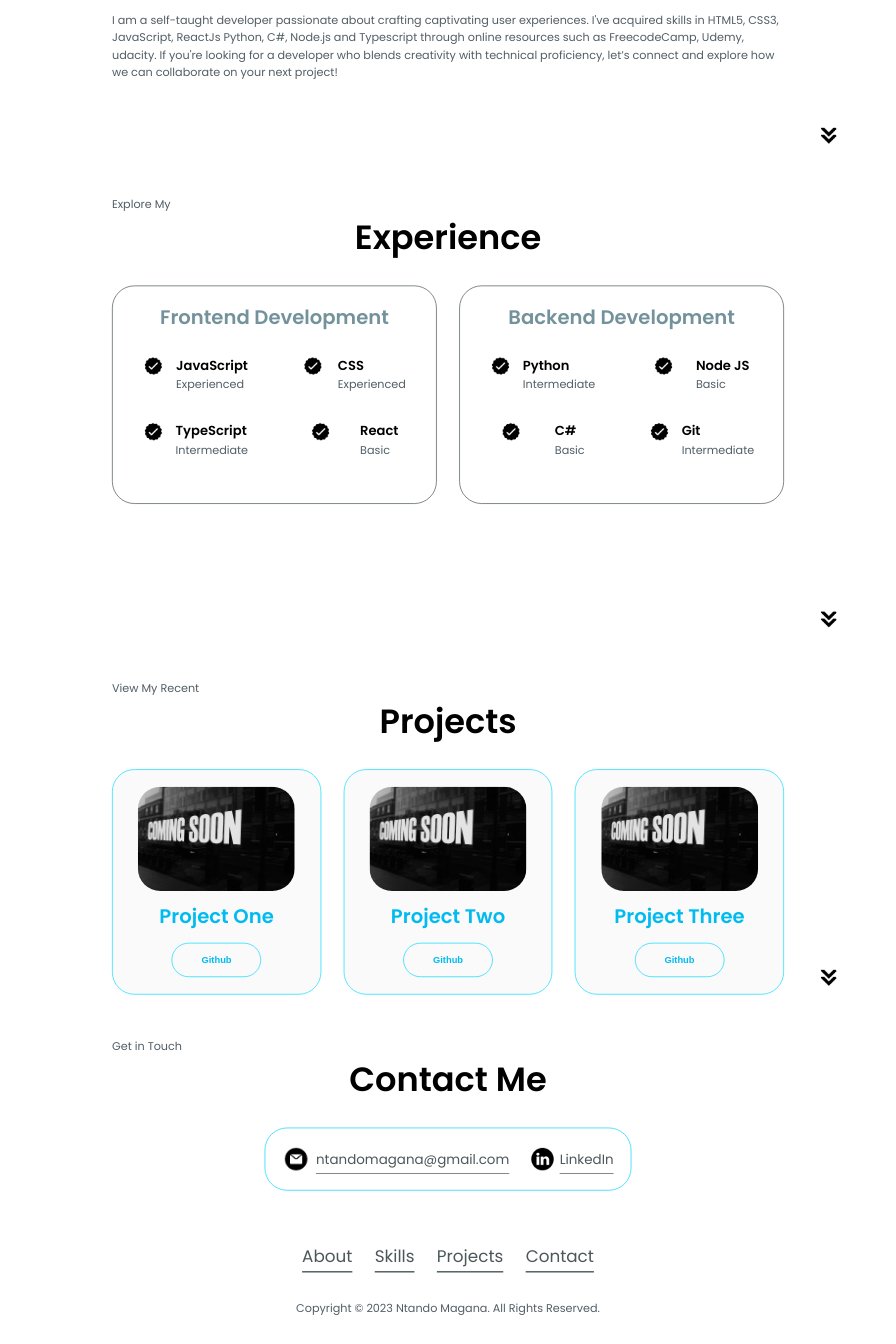
Repository: ntandomagana/FS-Dev-Portfolio
Page: index.html
An editor plug-in stored every save of this project. The page is shown before and after the next save, followed by the edit.
The browser window is 1280 px wide. The pictures show the part of the page from y = 1257 to 3177 px (the page is 3177 px tall), at 70% of full size.

Above is the page before, as saved 2024-05-06 15:19:50.

### index.html
<!DOCTYPE html>
<html lang="en">
  <head>
    <meta charset="UTF-8" />
    <meta http-equiv="X-UA-Compatible" content="IE=edge" />
    <meta name="viewport" content="width=device-width, initial-scale=1.0" />
    <title>My Portfolio</title>
    <link rel="stylesheet" href="style.css" />
    <link rel="stylesheet" href="mediaqueries.css" />
  </head>
  <body>
    <nav id="desktop-nav">
      <div class="logo">Berry Codes</div>
      <div>
        <ul class="nav-links">
          <li><a href="#about">About</a></li>
          <li><a href="#experience">Skills</a></li>
          <li><a href="#projects">Projects</a></li>
          <li><a href="#contact">Contact</a></li>
        </ul>
      </div>
    </nav>
    <nav id="hamburger-nav">
      <div class="logo">Coding Berry</div>
      <div class="hamburger-menu">
        <div class="hamburger-icon" onclick="toggleMenu()">
          <span></span>
          <span></span>
          <span></span>
        </div>
        <div class="menu-links">
          <li><a href="#about" onclick="toggleMenu()">About</a></li>
          <li><a href="#experience" onclick="toggleMenu()">Skills</a></li>
          <li><a href="#projects" onclick="toggleMenu()">Projects</a></li>
          <li><a href="#contact" onclick="toggleMenu()">Contact</a></li>
        </div>
      </div>
    </nav>
    <section id="profile">
      <div class="section-pic-container">
        <img src="./assets/bwpp.jpg" alt="profile picture" />
      </div>
      <div class="section-text">
        <p class="section-text-p1">Hello there, I am</p>

        <h1 class="title"><span id="typed-text"></span></h1>

        <p class="section-text-p2">Frontend Developer</p>
        <div class="btn-container">
          <button
            class="btn btn-color-2"
            onclick="window.open('./assets/NP Magana - Frontend CV.pdf')"
          >
            Download CV
          </button>
          <button class="btn btn-color-1" onclick="location.href='./#contact'">
            Contact Info
          </button>
        </div>
        <div id="socials-container">
          <img
            src="./assets/linkedin.png"
            alt="My LinkedIn profile"
            class="icon"
            onclick="location.href='https://www.linkedin.com/in/ntandoyenkosi-magana-/'"
          />
          <!--

          <img
            src="./assets/icons8-twitterx-50.png"
            alt="My Twitter profile"
            class="icon"
            onclick="location.href='https://twitter.com/'"
          /> -->
          <img
            src="./assets/github.png"
            alt="My Github profile"
            class="icon"
            onclick="location.href='https://github.com/ntandomagana'"
          />
        </div>
      </div>
    </section>
    <section id="about">
      <p class="section__text__p1">Get To Know More</p>
      <h1 class="title">About Me</h1>
      <div class="section-container">
        <div class="about-details-container">
          <div class="about-containers">
            <div class="details-container">
              <img
                src="./assets/experience.png"
                alt="Experience icon"
                class="icon"
              />
              <h3>Experience</h3>
              <p>6 months <br />Frontend Development</p>
            </div>
            <div class="details-container">
              <img
                src="./assets/education.png"
                alt="Education icon"
                class="icon"
              />
              <h3>Education</h3>
              <p>BA(Hons) Public Management <br />University of Johannesburg</p>
            </div>
          </div>
          <div class="text-container">
            <p>
              I am a self-taught developer passionate about crafting captivating
              user experiences. I've acquired skills in HTML5, CSS3, JavaScript,
              ReactJs Python, C#, Node.js and Typescript through online
              resources such as FreecodeCamp, Udemy, udacity. If you're looking
              for a developer who blends creativity with technical proficiency,
              let’s connect and explore how we can collaborate on your next
              project!
            </p>
          </div>
        </div>
      </div>
      <img
        src="./assets/arrow.png"
        alt="Arrow icon"
        class="icon arrow"
        onclick="location.href='./#experience'"
      />
    </section>
    <section id="experience">
      <p class="section__text__p1">Explore My</p>
      <h1 class="title">Experience</h1>
      <div class="experience-details-container">
        <div class="about-containers">
          <div class="details-container">
            <h2 class="experience-sub-title">Frontend Development</h2>
            <div class="article-container">
              <article>
                <img
                  src="./assets/checkmark.png"
                  alt="Experience icon"
                  class="icon"
                />
                <div>
                  <h3>JavaScript</h3>
                  <p>Experienced</p>
                </div>
              </article>
              <article>
                <img
                  src="./assets/checkmark.png"
                  alt="Experience icon"
                  class="icon"
                />
                <div>
                  <h3>CSS</h3>
                  <p>Experienced</p>
                </div>
              </article>
              <article>
                <img
                  src="./assets/checkmark.png"
                  alt="Experience icon"
                  class="icon"
                />
                <div>
                  <h3>TypeScript</h3>
                  <p>Intermediate</p>
                </div>
              </article>
              <article>
                <img
                  src="./assets/checkmark.png"
                  alt="Experience icon"
                  class="icon"
                />
                <div>
                  <h3>React</h3>
                  <p>Basic</p>
                </div>
              </article>
              <article></article>
            </div>
          </div>
          <div class="details-container">
            <h2 class="experience-sub-title">Backend Development</h2>
            <div class="article-container">
              <article>
                <img
                  src="./assets/checkmark.png"
                  alt="Experience icon"
                  class="icon"
                />
                <div>
                  <h3>Python</h3>
                  <p>Intermediate</p>
                </div>
              </article>
              <article>
                <img
                  src="./assets/checkmark.png"
                  alt="Experience icon"
                  class="icon"
                />
                <div>
                  <h3>Node JS</h3>
                  <p>Basic</p>
                </div>
              </article>
              <article>
                <img
                  src="./assets/checkmark.png"
                  alt="Experience icon"
                  class="icon"
                />
                <div>
                  <h3>C#</h3>
                  <p>Basic</p>
                </div>
              </article>
              <article>
                <img
                  src="./assets/checkmark.png"
                  alt="Experience icon"
                  class="icon"
                />
                <div>
                  <h3>Git</h3>
                  <p>Intermediate</p>
                </div>
              </article>
            </div>
          </div>
        </div>
      </div>
      <img
        src="./assets/arrow.png"
        alt="Arrow icon"
        class="icon arrow"
        onclick="location.href='./#projects'"
      />
    </section>
    <section id="projects">
      <p class="section__text__p1">View My Recent</p>
      <h1 class="title">Projects</h1>
      <div class="experience-details-container">
        <div class="about-containers">
          <div class="details-container color-container">
            <div class="article-container">
              <img
                src="./assets/coming soon.jpg"
                alt="Project 1"
                class="project-img"
              />
            </div>
            <h2 class="experience-sub-title project-title">Project One</h2>
            <div class="btn-container">
              <button
                class="btn btn-color-2 project-btn"
                onclick="location.href='https://github.com/'"
              >
                Github
              </button>
            </div>
          </div>
          <div class="details-container color-container">
            <div class="article-container">
              <img
                src="./assets/coming soon.jpg"
                alt="Project 2"
                class="project-img"
              />
            </div>
            <h2 class="experience-sub-title project-title">Project Two</h2>
            <div class="btn-container">
              <button
                class="btn btn-color-2 project-btn"
                onclick="location.href='https://github.com/'"
              >
                Github
              </button>
            </div>
          </div>
          <div class="details-container color-container">
            <div class="article-container">
              <img
                src="./assets/coming soon.jpg"
                alt="Project 3"
                class="project-img"
              />
            </div>
            <h2 class="experience-sub-title project-title">Project Three</h2>
            <div class="btn-container">
              <button
                class="btn btn-color-2 project-btn"
                onclick="location.href='https://github.com/'"
              >
                Github
              </button>
            </div>
          </div>
        </div>
      </div>
      <img
        src="./assets/arrow.png"
        alt="Arrow icon"
        class="icon arrow"
        onclick="location.href='./#contact'"
      />
    </section>
    <section id="contact">
      <p class="section__text__p1">Get in Touch</p>
      <h1 class="title">Contact Me</h1>
      <div class="contact-info-upper-container">
        <div class="contact-info-container">
          <img
            src="./assets/email.png"
            alt="Email icon"
            class="icon contact-icon email-icon"
          />
          <p>
            <a href="mailto:ntandomagana@gmail.com">ntandomagana@gmail.com</a>
          </p>
        </div>
        <div class="contact-info-container">
          <img
            src="./assets/linkedin.png"
            alt="LinkedIn icon"
            class="icon contact-icon"
          />
          <p><a href="https://www.linkedin.com">LinkedIn</a></p>
        </div>
      </div>
    </section>
    <footer>
      <nav>
        <div class="nav-links-container">
          <ul class="nav-links">
            <li><a href="#about">About</a></li>
            <li><a href="#experience">Skills</a></li>
            <li><a href="#projects">Projects</a></li>
            <li><a href="#contact">Contact</a></li>
          </ul>
        </div>
      </nav>
      <p>Copyright &#169; 2023 Ntando Magana. All Rights Reserved.</p>
    </footer>
    <script src="script.js"></script>
  </body>
</html>

### style.css
@import url("https://fonts.googleapis.com/css2?family=Poppins:wght@300;400;500;600&display=swap");

* {
  margin: 0;
  padding: 0;
}

body {
  font-family: "Poppins", sans-serif;
}

html {
  scroll-behavior: smooth;
}

p {
  color: #515d65;
}

section {
  margin-bottom: 2px;
}

a,
.btn {
  transition: all 300ms ease;
}

nav,
.nav-links {
  display: flex;
}

nav {
  justify-content: space-around;
  align-items: center;
  height: 17vh;
}

.nav-links {
  gap: 2rem;
  list-style-type: none;
  font-size: 1.5rem;
}

a {
  color: rgb(76, 87, 90);
  text-decoration: underline;
  text-underline-offset: 0.8rem;
  text-decoration-color: rgb(76, 87, 90);
}

.logo {
  font-size: 2rem;
}

.logo:hover {
  cursor: default;
}

#hamburger-nav {
  display: none;
}

.hamburger-menu {
  position: relative;
  display: inline-block;
}

.hamburger-icon {
  display: flex;
  flex-direction: column;
  justify-content: space-between;
  height: 24px;
  width: 30px;
  cursor: pointer;
}



.hamburger-icon span {
  width: 100%;
  height: 2px;
  background-color: rgb(76, 87, 90);
  transition: all 0.3 ease-in-out;
}

.menu-links {
  position: absolute;
  top: 100%;
  right: 0;
  background-color: white;
  width: fit-content;
  max-height: 0;
  overflow: hidden;
  transition: all 0.3 ease-in-out;
}

.menu-links a {
  display: block;
  padding: 10px;
  text-align: center;
  font-size: 1.5rem;
  color: rgb(76, 87, 90);
  text-decoration: none;
  transition: all 0.3 ease-in-out;
}

.menu-links li {
  list-style-type: none;
}

.menu-links.open {
  max-height: 300px;
}

.hamburger-icon.open span:first-child {
  transform: rotate(45deg) translate(10px, 5px);
}

.hamburger-icon.open span:nth-child(2) {
  opacity: 0;
}

.hamburger-icon.open span:last-child {
  transform: rotate(-45deg) translate(10px, -5px);
}

.hamburger-icon span:first-child {
  transform: none;
}

.hamburger-icon span:first-child {
  opacity: 1;
}

.hamburger-icon span:first-child {
  transform: none;
}

section {
  padding-top: 4vh;
  height: 96vh;
  margin: 0 10rem;
  box-sizing: border-box;
  min-height: fit-content;
}

.section-container {
  display: flex;
}

#profile {
  display: flex;
  justify-content: center;
  gap: 5rem;
  height: 80vh;
}

.section-pic-container {
  display: flex;
  height: 400px;
  width: 400px;
  margin: auto 0;
}

.section-text {
  align-self: center;
  text-align: center;
}

.section-text p {
  font-weight: 600;
}

.section-text-p1 {
  text-align: center;
}

.section-text-p2 {
  font-size: 1.75rem;
  margin-bottom: 1rem;
}

.title {
  font-size: 3rem;
  text-align: center;
}

#socials-container {
  display: flex;
  justify-content: center;
  margin-top: 1rem;
  gap: 1rem;
}

.icon {
  cursor: pointer;
  height: 2rem;
}

/* BUTTONS */

.btn-container {
  display: flex;
  justify-content: center;
  gap: 1rem;
}

.btn {
  font-weight: 600;
  transition: all 300ms ease;
  padding: 1rem;
  width: 8rem;
  border-radius: 2rem;
}

.btn-color-1,
.btn-color-2 {
  border:rgb(76, 87, 90) 0.1rem solid;
}

.btn-color-1:hover,
.btn-color-2:hover {
  cursor: pointer;
}

.btn-color-1,
.btn-color-2:hover {
  background: rgb(76, 87, 90);
  color: white;
}

.btn-color-1:hover {
  background: rgb(76, 87, 90);
}

.btn-color-2 {
  background: none;
}

.btn-color-2:hover {
  border: rgb(76, 87, 90) 0.2rem solid;
}

.btn-container {
  gap: 1rem;
}

/* ABOUT SECTION */

#about {
  position: relative;
}

.about-containers {
  gap: 2rem;
  margin-bottom: 2rem;
  margin-top: 2rem;
}

.about-details-container {
  justify-content: center;
  flex-direction: column;
}

.about-containers,
.about-details-container {
  display: flex;
}

.arrow {
  position: absolute;
  right: -5rem;
  bottom: 2.5rem;
}

.details-container {
  padding: 1.5rem;
  flex: 1;
  background: white;
  border-radius: 2rem;
  border: rgb(76, 87, 90) 0.1rem solid;
  border-color: rgb(76, 87, 90);
  text-align: center;
}

.section-container {
  gap: 4rem;
  height: 80%;
}

.section__pic-container {
  height: 400px;
  width: 400px;
  margin: auto 0;
}

/* EXPERIENCE SECTION */

#experience {
  position: relative;
}

.experience-sub-title {
  color: rgb(115, 146, 155);
  font-weight: 600;
  font-size: 1.75rem;
  margin-bottom: 2rem;
}

.experience-details-container {
  display: flex;
  justify-content: center;
  flex-direction: column;
}

.article-container {
  display: flex;
  text-align: initial;
  flex-wrap: wrap;
  flex-direction: row;
  gap: 2.5rem;
  justify-content: space-around;
}

article {
  display: flex;
  width: 10rem;
  justify-content: space-around;
  gap: 0.5rem;
}

article .icon {
  cursor: default;
}

/* PROJECTS SECTION */

#projects {
  position: relative;
}

.color-container {
  border-color: rgb(21, 220, 255);
  background: rgb(250, 250, 250);
}

.project-img {
  border-radius: 2rem;
  width: 90%;
  height: 90%;
}

.project-title {
  margin: 1rem;
  color: #00bbf0;
}

.project-btn {
  color: #00bbf0;
  border-color: rgb(18, 217, 252);
}

/* CONTACT */

#contact {
  display: flex;
  justify-content: center;
  flex-direction: column;
  height: 70vh;
}

.contact-info-upper-container {
  display: flex;
  justify-content: center;
  border-radius: 2rem;
  border: rgb(16, 220, 242) 0.1rem solid;
  border-color: rgb(19, 211, 250);
  background: (250, 250, 250);
  margin: 2rem auto;
  padding: 0.5rem;
}

.contact-info-container {
  display: flex;
  align-items: center;
  justify-content: center;
  gap: 0.5rem;
  margin: 1rem;
}

.contact-info-container p {
  font-size: larger;
}

.contact-icon {
  cursor: default;
}

.email-icon {
  height: 2.5rem;
}

footer {
  height: 26vh;
  margin: 0 1rem;
}

footer p {
  text-align: center;
}

/* Add this CSS to your existing style.css or create a new style tag in the head of your HTML */

/* Bold, underline, and bubble effect for the logo */
.logo {
  font-weight: bold;
  text-decoration: wavy;
  display: inline-block;
  position: relative;
  border: 8px solid #1ea5ff; /* Adjust the border thickness and color as needed */
  padding: 6px; /* Adjust the padding as needed */
}

.logo::after {
  content: "";
  position: absolute;
  width: 100%;
  height: 0;
  bottom: 0;
  left: 0;
  opacity: 0;
  border-bottom: 2px solid #fff;
  animation: bubble 0.5s infinite ease-in-out;
}

@keyframes bubble {
  0% {
    height: 0;
    opacity: 0;
  }
  50% {
    height: 100%;
    opacity: 1;
  }
  100% {
    height: 0;
    opacity: 0;
  }
}

### mediaqueries.css
@media screen and (max-width: 1400px) {
    #profile {
        height: 83vh;
        margin-bottom: 6rem;
    }

    .about-containers {
        flex-wrap: wrap;
    }

    #contact,
    #projects {
        height: fit-content;
    }
}

@media screen and (max-width: 1200px) {
    #desktop-nav {
        display: none;
    }

    #hamburger-nav {
        display: flex;
    }

    #experience,
    .experience-details-container {
        margin-top: 2rem;

    }

    #profile,
    .section-container {
        display: block;
    }

    .arrow {
        display: none;
    }

    section,
    .section-container {
        height: fit-content;
    }

    section {
        margin: 0.5%;
    }

    .section-pic-container {
        width: 27spx;
        height: 275px;
        margin: 0 auto 2rem;
    }

    .about-containers {
        margin-top: 0;
    }
}

@media screen and (max-width:600px) {
    #contact,
    footer {
        height: 40vh;
    }

    #profile {
        height: 38vh;
        margin-bottom: 0;
    }

    article {
        font-size: 1rem;
    }

    footer nav {
        height: fit-content;
        margin-bottom: 2rem;
    }
    .about-containers,
    .contact-info-upper-container,
    .btn-container {
    flex-wrap: wrap;
  }

  .contact-info-container {
    margin: 0;
  }

  .contact-info-container p,
  .nav-links li a {
    font-size: 1rem;
  }

  .experience-sub-title {
    font-size: 1.25rem;
  }
  .logo {
    font-size: 1.5rem;
  }
  .nav-links {
    flex-direction: column;
    gap: 0.5rem;
    text-align: center;
  }
  .section__pic-container {
    width: auto;
    height: 46vw;
    justify-content: center;
  }
  .section__text__p2 {
    font-size: 1.25rem;
  }
  .title {
    font-size: 2rem;
  }
  .text-container {
    text-align: justify;
  }
}
}

### script.js
function toggleMenu() {
  const menu = document.querySelector(".menu-links");
  const icon = document.querySelector(".hamburger-icon");
  menu.classList.toggle("open");
  icon.classList.toggle("open");
}

//Javascript for looped typing effect
const typedText = document.getElementById("typed-text");
const textToType = 'Ntando Magana';

function typeText() {
  let index = 0;

  function type() {
    if (index < textToType.length) {
      typedText.innerHTML += textToType.charAt(index);
      index++;
      setTimeout(type, 200); // typing speed in milliseconds
    } else {
      setTimeout(erase, 300); // wait before erasing
    }
  }

  function erase() {
    if (typedText.innerHTML.length > 0) {
      typedText.innerHTML = typedText.innerHTML.slice(0, -1);
      setTimeout(erase, 300); //erasing speed in ms
    } else {
      index = 0; //Reset index for next typing cycle
      setTimeout(type, 200); // wait before typing again
    }
  }

  type(); // start typing
}

window.onload = typeText;

After the next save:
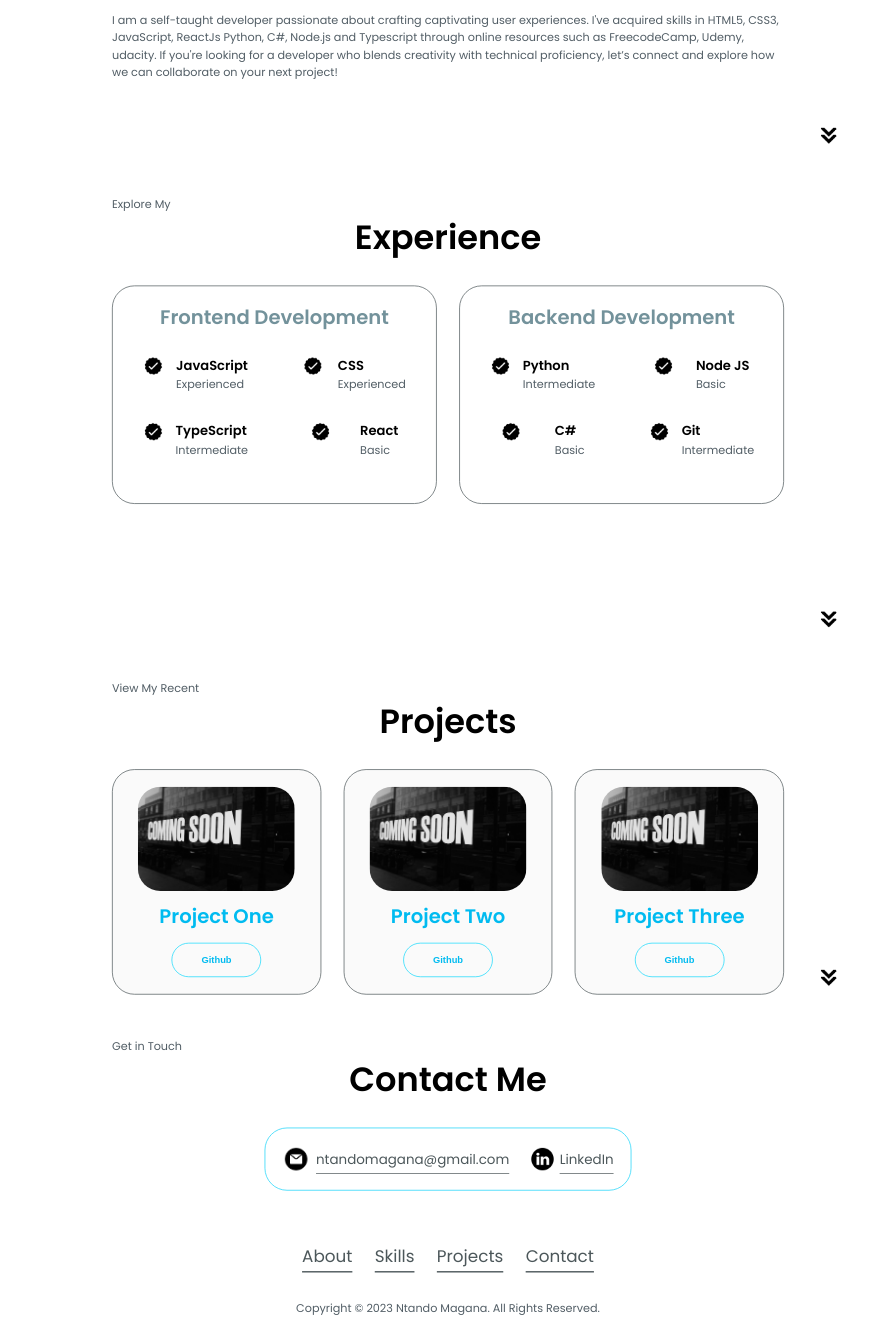
Saved 11 s later.
--- a/style.css
+++ b/style.css
@@ -342,7 +342,7 @@ article .icon {
 }
 
 .color-container {
-  border-color: rgb(21, 220, 255);
+  border-color: rgb(76, 87, 90);
   background: rgb(250, 250, 250);
 }
 
